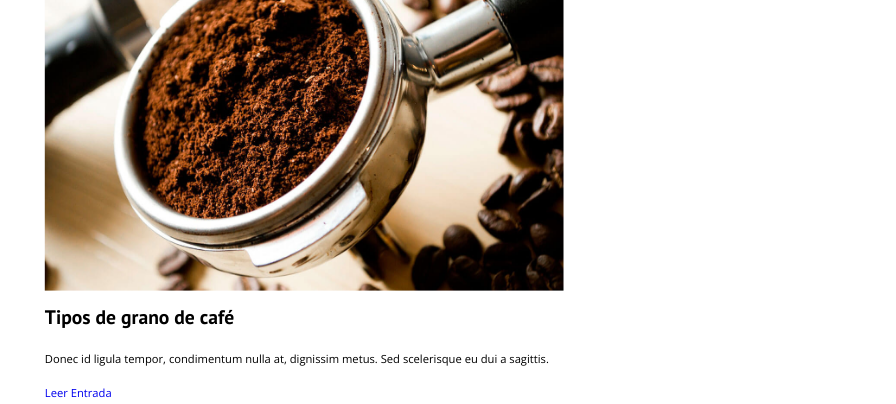
Repository: araque1990/blog_de_cafe
Page: index.html
An editor plug-in stored every save of this project. The page is shown before and after the next save, followed by the edit.
The browser window is 1280 px wide. The pictures show the part of the page from y = 823 to 2743 px (the page is 1400 px tall before and 2743 px after), at 70% of full size.

Above is the page before, as saved 2023-01-12 13:04:26.

### index.html
<!DOCTYPE html>
<html lang="es">
<head>
  <meta charset="UTF-8">
  <meta http-equiv="X-UA-Compatible" content="IE=edge">
  <meta name="viewport" content="width=device-width, initial-scale=1.0">
  <title>Blog de Café</title>
  <link rel="stylesheet" href="css/normalize.css">
  <link rel="preconnect" href="https://fonts.googleapis.com"><link rel="preconnect" href="https://fonts.gstatic.com" crossorigin><link href="https://fonts.googleapis.com/css2?family=Open+Sans&family=PT+Sans:wght@400;700&display=swap" rel="stylesheet">
  <link rel="stylesheet" href="css/styles.css">
</head>
<body>

  <header class="header">
    <div class="contenedor">
      <div class="barra">
        <a class="logo" href="index.html">
          <h1 class="logo__nombre no-margin centrar-texto">Blog<span class="logo__bold">DeCafé</span></h1>
        </a>

        <nav class="navegacion">
          <a href="nosotros.html" class="navegacion__enlace">Nosotros</a>
          <a href="cursos.html" class="navegacion__enlace">Cursos</a>
          <a href="contacto.html" class="navegacion__enlace">Contacto</a>
        </nav>
      </div>
    </div>
    <div class="header__texto">
      <h2 class="no-margin">Blog de café con consejos y cursos</h2>
      <p class="no-margin">Aprende de los expertos con las mejores recetas y consejos</p>
    </div>
  </header>

  <div class="contenedor contenido-principal">
    <main class="blog">
      <h3>Nuestro Blog</h3>

      <article class="entrada">
        <div class="entrada__imagen">
          <img src="img/blog1.jpg" alt="imagen blog">
        </div>

        <div class="entrada__contenido">
          <h4 class="no-margin">Tipos de grano de café</h4>
          <p>Donec id ligula tempor, condimentum nulla at, dignissim metus. Sed scelerisque eu dui a sagittis.</p>
          <a href="entrada.html" class="boton">Leer Entrada</a>
        </div>
      </article>
    </main>
  </div>
</body>
</html>

### css/styles.css
:root {
  --fuenteHeading: 'PT Sans', sans-serif;
  --fuenteParrafos: 'Open Sans', sans-serif;

  --primario: #784D3C;
  --blanco: #FFF;
  --negro: #000;
}
html {
  box-sizing: border-box;
  font-size: 62.5%;
}
*, *:before, *:after {
  box-sizing: inherit;
}
body {
  font-family: var(--fuenteParrafos);
  font-size: 1.6rem;
  line-height: 2;
}

/* Globales */
.contenedor {
  max-width: 120rem;
  width: 90%;
  margin: 0 auto;
}
a {
  text-decoration: none;
}
h1, h2, h3, h4 {
  font-family: var(--fuenteHeading);
}
h1 {
  font-size: 4.8rem;
}
h2 {
  font-size: 4rem;
}
h3 {
  font-size: 3.2rem;
}
h4 {
  font-size: 2.8rem;
}
img {
  max-width: 100%;
}

/* Utilidades */
.no-margin {
  margin: 0;
}
.no-padding {
  padding: 0;
}
.centrar-texto {
  text-align: center;
}

/* Header */
.header {
  background-image: url(../img/banner.jpg);
  height: 60rem;
  background-size: cover;
  background-repeat: no-repeat;
  background-position: center center;
}
.header__texto {
  text-align: center;
  color: var(--blanco);
  margin-top: 5rem;
}

@media (min-width: 768px) {
  .header__texto {
    margin-top: 15rem;
  }
}

@media (min-width: 768px) {
  .barra {
    display: flex;
    justify-content: space-between;
    align-items: center;
  }
}
.logo {
  color: var(--blanco);
}
.logo__nombre {
  font-weight: 400;
}
.logo__bold {
  font-weight: 700;
}

@media (min-width: 768px) {
  .navegacion {
    display: flex;
    gap: 2rem;
  }
}
.navegacion__enlace {
  display: block;
  text-align: center;
  font-size: 1.8rem;
  color: var(--blanco);
}

@media (min-width: 768px) {
  .contenido-principal {
    display: grid;
    grid-template-columns: 2fr 1fr;
    column-gap: 4rem;
  }
}

Loaded but not shown: css/normalize.css (library)

After the next save:
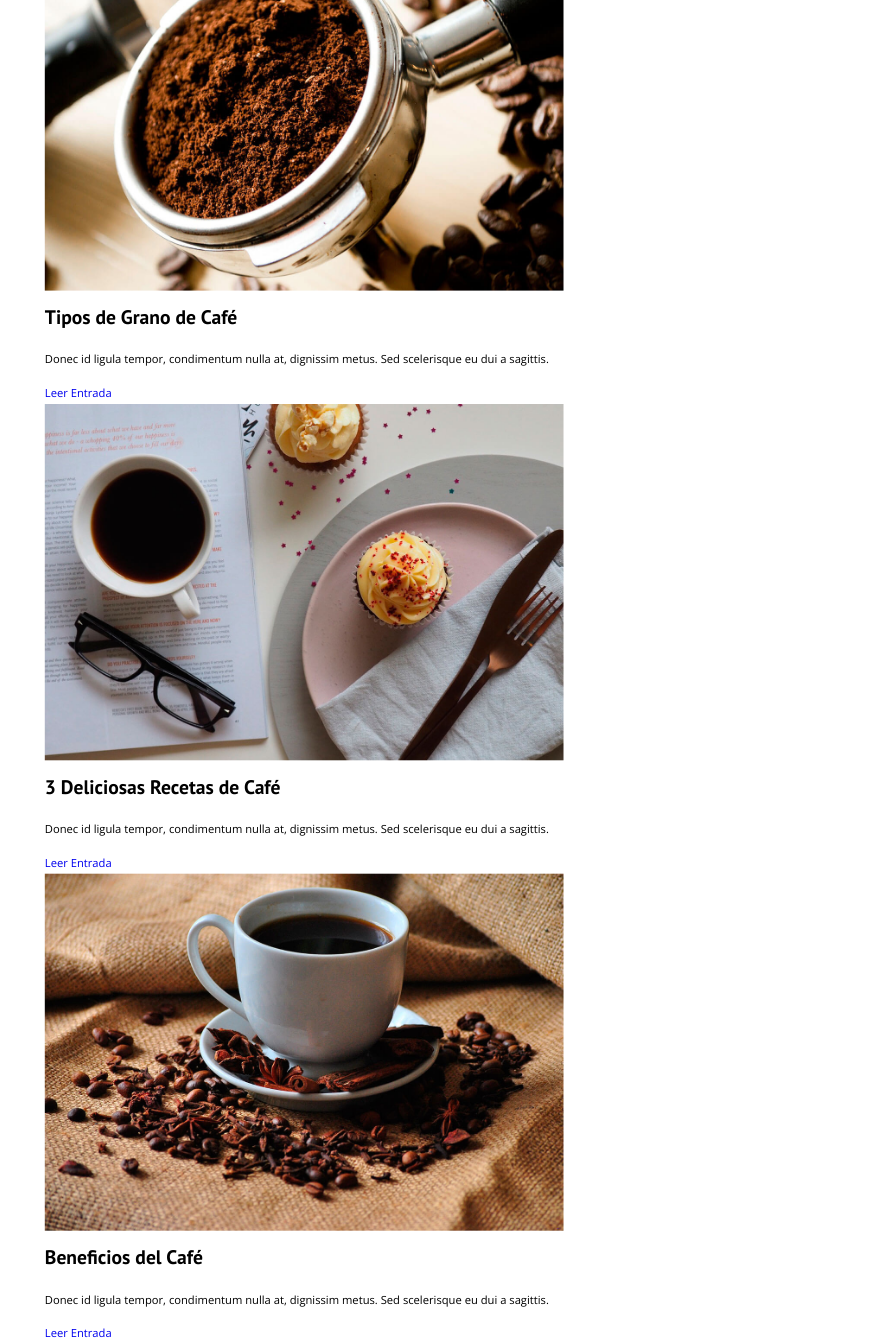
Saved 3 min 18 s later.
--- a/index.html
+++ b/index.html
@@ -39,11 +39,28 @@
         <div class="entrada__imagen">
           <img src="img/blog1.jpg" alt="imagen blog">
         </div>
+        <div class="entrada__contenido">
+          <h4 class="no-margin">Tipos de Grano de Café</h4>
+          <p>Donec id ligula tempor, condimentum nulla at, dignissim metus. Sed scelerisque eu dui a sagittis.</p>
+          <a href="entrada.html" clsass="boton boton--primario">Leer Entrada</a>
 
-        <div class="entrada__contenido">
-          <h4 class="no-margin">Tipos de grano de café</h4>
-          <p>Donec id ligula tempor, condimentum nulla at, dignissim metus. Sed scelerisque eu dui a sagittis.</p>
-          <a href="entrada.html" class="boton">Leer Entrada</a>
+          <div class="entrada__imagen">
+            <img src="img/blog2.jpg" alt="imagen blog">
+          </div>
+          <div class="entrada__contenido">
+            <h4 class="no-margin">3 Deliciosas Recetas de Café</h4>
+            <p>Donec id ligula tempor, condimentum nulla at, dignissim metus. Sed scelerisque eu dui a sagittis.</p>
+            <a href="entrada.html" clsass="boton boton--primario">Leer Entrada</a>
+          </div>
+
+          <div class="entrada__imagen">
+            <img src="img/blog3.jpg" alt="imagen blog">
+          </div>
+          <div class="entrada__contenido">
+            <h4 class="no-margin">Beneficios del Café</h4>
+            <p>Donec id ligula tempor, condimentum nulla at, dignissim metus. Sed scelerisque eu dui a sagittis.</p>
+            <a href="entrada.html" clsass="boton boton--primario">Leer Entrada</a>
+          </div>
         </div>
       </article>
     </main>
